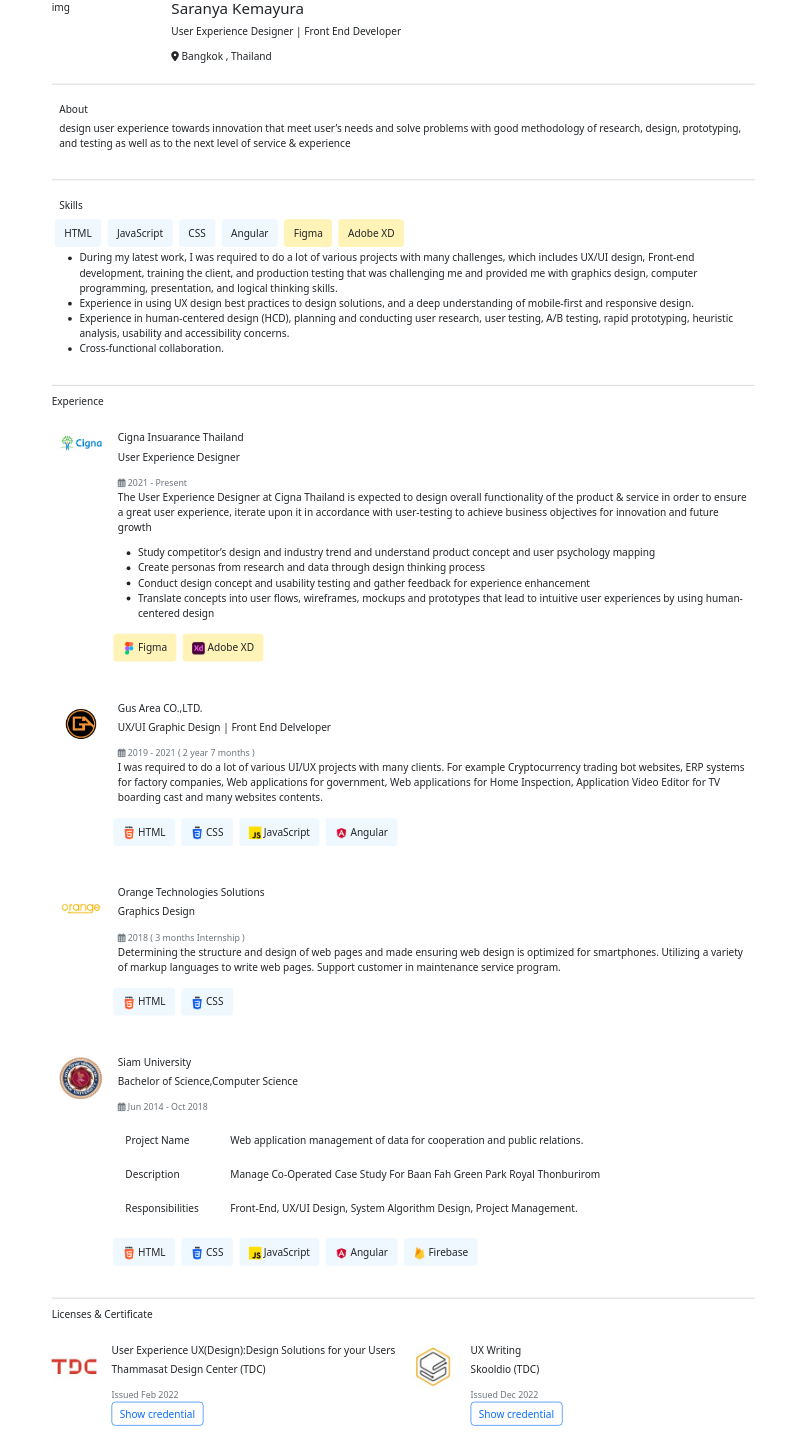
Repository: 0910th/portfolio
Page: index.html
The author's editor kept a copy of each file at every save. The page is drawn from the files as they stood at one save, then again after the next save.
The browser window is 1280 px wide. The pictures show the whole page, at 63% of full size.

Above is the page before, as saved 2022-12-22 16:39:02.

### index.html
<!doctype html>
<html lang="en">

<head>
    <meta charset="utf-8">
    <meta name="viewport" content="width=device-width, initial-scale=1">
    <title>Saranya Portfolio</title>

    <link href="./css/bootstrap.min.css" rel="stylesheet" crossorigin="anonymous">
    <link href="./css/mystyle.css" rel="stylesheet" crossorigin="anonymous">
    <!--font awesome -->
    <link rel="stylesheet" href="./fontawesome/css/all.css" type="text/css">
    <link rel="stylesheet" href="./fontawesome/css/fontawesome.css">
    <link rel="stylesheet" href="./fontawesome/css/brands.css">
    <link rel="stylesheet" href="./fontawesome/css/solid.css">
</head>

<body>

    <div class="container-md">
        <!-- Content here -->
        <!-- section01 Name  -->
        <div class="row justify-content-start">
            <div class="col-2">
                img
            </div>
            <div class="col-10">
                <h4>Saranya Kemayura</h4>
                <p>User Experience Designer | Front End Developer</p>
                <p><i class="fa-solid fa-location-dot"></i> Bangkok , Thailand </p>
            </div>

        </div>
        <hr>
        <div class="row mg-30">

            <h6>About</h6>
            <p>design user experience towards innovation that meet user’s needs and solve problems with good methodology of
                research,
                design, prototyping, and testing as well as to the next level of service & experience</p>
        </div>
        <hr>
        <div class="row mg-30">
            <h6>Skills</h6>
            <div class="badge-text code">HTML</div>
            <div class="badge-text code">JavaScript</div>
            <div class="badge-text code">CSS</div>
            <div class="badge-text code">Angular</div>
            <div class="badge-text design">Figma</div>
            <div class="badge-text design">Adobe XD</div>
            <div class="text-list">
                <ul>
                    <li> During my latest work, I was required to do a lot of various projects with many challenges, which includes UX/UI design,
                    Front-end development, training the client, and production testing that was challenging me and provided me with graphics
                    design, computer programming, presentation, and logical thinking skills.</li>
                    <li> Experience in using UX design best practices to design solutions, and a deep understanding of mobile-first and
                    responsive design.</li>
                    <li> Experience in human-centered design (HCD), planning and conducting user research, user testing, A/B testing, rapid
                    prototyping, heuristic analysis, usability and accessibility concerns.</li>
                    <li> Cross-functional collaboration.</li>
                </ul>
            </div>
        </div>
        <hr>
        <div class="row">

            <h6>Experience</h6>
            <div class="row mg-30 ">
                <div class="col">
                    <img class="office-logo" src="/images/cignalogo.png">
                </div>
                <div class="col-11">
                    <h6> Cigna Insuarance Thailand </h6>
                    <p> User Experience Designer </p>
                    <small class="text-muted"> <i class="fa-regular fa-calendar-days"></i> 2021 - Present </small>

                    <p > The User Experience Designer at Cigna Thailand is expected to design overall functionality of the product & service in
                    order to ensure a great user experience, iterate upon it in accordance with user-testing to achieve business objectives
                    for innovation and future growth </p>
                        <ul>
                            <li>Study competitor’s design and industry trend and understand product concept and user psychology mapping</li>
                            <li>Create personas from research and data through design thinking process</li>
                            <li>Conduct design concept and usability testing and gather feedback for experience enhancement</li>
                            <li>Translate concepts into user flows, wireframes, mockups and prototypes that lead to intuitive user experiences by
                            using human-centered design</li>
                        </ul>
                        <div class="row">
                            <div class="badge-text design"><img src="/images/figma.png" class="icon-logo"> Figma </div>
                            <div class="badge-text design"><img src="/images/xd.png" class="icon-logo"> Adobe XD </div>

                        </div>
                </div>

            </div>
            <div class="row mg-30">
                <div class="col">
                    <img class="office-logo" src="/images/guslogo.png">
                </div>
                <div class="col-11">
                    <h6> Gus Area CO.,LTD.   </h6>
                    <p> UX/UI Graphic Design | Front End Delveloper </p>
                    <small class="text-muted"> <i class="fa-regular fa-calendar-days"></i> 2019 - 2021 ( 2 year 7 months ) </small>

                    <p> I was required to do a lot of various UI/UX projects with many clients. For example Cryptocurrency trading bot websites,
                    ERP systems for factory companies, Web applications for government, Web applications for Home Inspection, Application
                    Video Editor for TV boarding cast and many websites contents.  </p>
                    <div class="row">
                        <div class="badge-text code"><img src="/images/html-5.png" class="icon-logo"> HTML </div>
                        <div class="badge-text code"><img src="/images/css-3.png" class="icon-logo"> CSS </div>
                        <div class="badge-text code"><img src="/images/js.png" class="icon-logo"> JavaScript </div>
                        <div class="badge-text code"><img src="/images/angular.png" class="icon-logo"> Angular </div>
                    </div>


                </div>

            </div>
            <div class="row mg-30">
                <div class="col">
                    <img class="office-logo" src="/images/orangelogo.jpg">
                </div>
                <div class="col-11">
                    <h6> Orange Technologies Solutions  </h6>
                    <p> Graphics Design </p>
                    <small class="text-muted"> <i class="fa-regular fa-calendar-days"></i> 2018 ( 3 months Internship ) </small>

                    <p> Determining the structure and design of web pages and made
                        ensuring web design is optimized for smartphones. Utilizing a variety of
                        markup languages to write web pages. Support customer in maintenance
                        service program. </p>
                    <div class="row">
                        <div class="row">
                            <div class="badge-text code"><img src="/images/html-5.png" class="icon-logo"> HTML </div>
                            <div class="badge-text code"><img src="/images/css-3.png" class="icon-logo"> CSS </div>

                        </div>
                    </div>
                </div>

            </div>
            <div class="row mg-30">
                <div class="col">
                    <img class="office-logo" src="/images/siamlogo.jpg">
                </div>
                <div class="col-11">
                    <h6> Siam University </h6>
                    <p> Bachelor of Science,Computer Science </p>
                    <small class="text-muted"> <i class="fa-regular fa-calendar-days"></i> Jun 2014 - Oct 2018 </small>

                    <div class="row mg-30">
                        <div class="col-md-2"> Project Name </div>
                        <div class="col-md-10"> Web application management of data for cooperation and public
                        relations. </div>
                    </div>
                    <div class="row mg-30">
                        <div class="col-md-2"> Description </div>
                        <div class="col-md-10"> Manage Co-Operated Case Study For Baan Fah Green Park Royal
                            Thonburirom </div>
                    </div>
                    <div class="row mg-30">
                        <div class="col-md-2"> Responsibilities </div>
                        <div class="col-md-10"> Front-End, UX/UI Design, System Algorithm Design, Project Management. </div>
                    </div>
                    <div class="row">
                        <div class="row">
                            <div class="badge-text code"><img src="/images/html-5.png" class="icon-logo"> HTML </div>
                            <div class="badge-text code"><img src="/images/css-3.png" class="icon-logo"> CSS </div>
                            <div class="badge-text code"><img src="/images/js.png" class="icon-logo"> JavaScript </div>
                            <div class="badge-text code"><img src="/images/angular.png" class="icon-logo"> Angular </div>
                            <div class="badge-text code"><img src="/images/firebaselogo.png" class="icon-logo"> Firebase </div>

                        </div>
                    </div>



                </div>

            </div>
        </div>
        <hr>
        <h6>Licenses & Certificate</h6>
        <div class="row">


                <div class="col-md-6 mg-30">
                    <div class="row">
                        <div class="col-md-2">
                            <img class="office-logo" src="/images/tdclogo.jpg">
                        </div>
                        <div class="col-md-10">
                            <h6>User Experience UX(Design):Design Solutions for your Users</h6>
                            <p>Thammasat Design Center (TDC)</p>
                            <small class="text-muted"> Issued Feb 2022 </small>
                            <div class="">
                                <a class="btn btn-outline-primary"
                                    href="https://drive.google.com/file/d/1K9nLmPM9IpYpREJaLTQpupgg0pyApNxf/view?usp=sharing" target="_blank">Show
                                    credential</a>
                            </div>
                        </div>
                    </div>

                </div>
                <div class="col-md-6 mg-30">
                    <div class="row">
                        <div class="col-md-2">
                            <img class="office-logo" src="/images/skooldiologo.jpg">
                        </div>
                        <div class="col-md-10">
                            <h6>UX Writing</h6>
                            <p>Skooldio (TDC)</p>
                            <small class="text-muted"> Issued Dec 2022 </small>
                            <div class="">
                                <a class="btn btn-outline-primary" href="https://drive.google.com/file/d/1BEAHY4evkZaUVi4WXsF9LlQV7Dov4a3x/view?usp=sharing" target="_blank">Show credential</a>
                            </div>
                        </div>
                    </div>

                </div>


        </div>




    </div>



    <!-- script -->
    <script src="https://cdn.jsdelivr.net/npm/@popperjs/core@2.11.6/dist/umd/popper.min.js"
        integrity="sha384-oBqDVmMz9ATKxIep9tiCxS/Z9fNfEXiDAYTujMAeBAsjFuCZSmKbSSUnQlmh/jp3"
        crossorigin="anonymous"></script>
    <script src="https://cdn.jsdelivr.net/npm/bootstrap@5.2.3/dist/js/bootstrap.min.js"
        integrity="sha384-cuYeSxntonz0PPNlHhBs68uyIAVpIIOZZ5JqeqvYYIcEL727kskC66kF92t6Xl2V"
        crossorigin="anonymous"></script>
</body>

</html>

### css/mystyle.css
.text-right {
    text-align: right;
}
.mg-30 {
    margin: 30px 0px;
}
.badge-text {
    padding: 10px 15px;
    margin: 5px 5px;
    border-radius: 5px;
    text-align: justify;
    vertical-align: middle;
    width: max-content;

}
.badge-text.code {
    background-color: #f0f8ff;
}
.badge-text.design {
    background-color: #fff3b7;
}

.icon-logo {
    max-width: 20px;
    height: auto;
}
.office-logo {
    max-width: 100%;
}

Loaded but not shown: css/bootstrap.min.css (library); fontawesome/css/all.css (library); fontawesome/css/fontawesome.css (library); fontawesome/css/solid.css (common file); fontawesome/css/brands.css (1432 lines, source omitted)

After the next save:
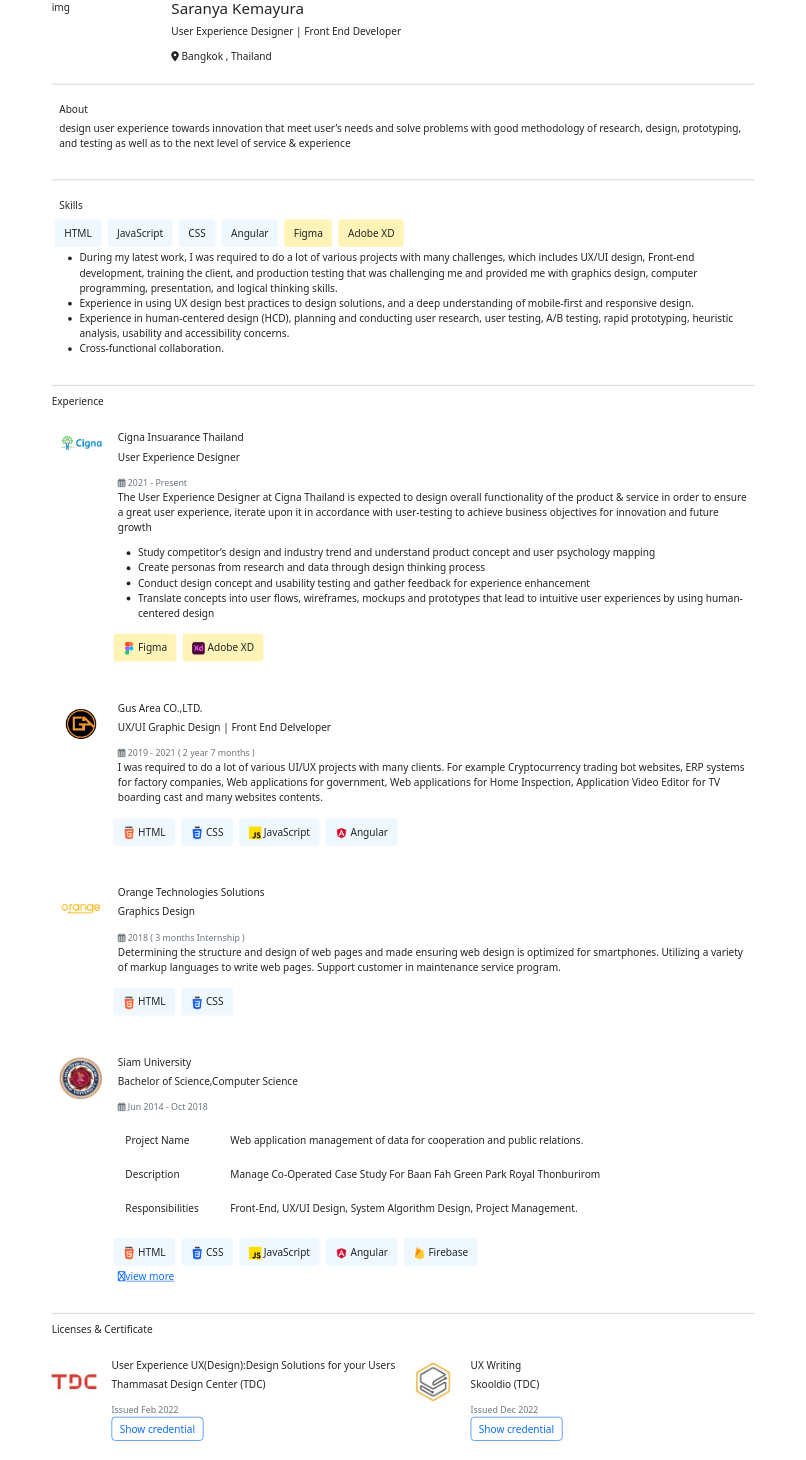
Saved 16 min 12 s later.
--- a/index.html
+++ b/index.html
@@ -171,6 +171,9 @@
 
                         </div>
                     </div>
+                    <div class="">
+                        <a href="https://drive.google.com/file/d/1-WiQ9sEVFjpiMQZhy3hezphQuEG-YV4b/view?usp=sharing" target="_blank"><i class="fa-regular fa-chevron-right"></i>view more</a>
+                    </div>
 
 
 
